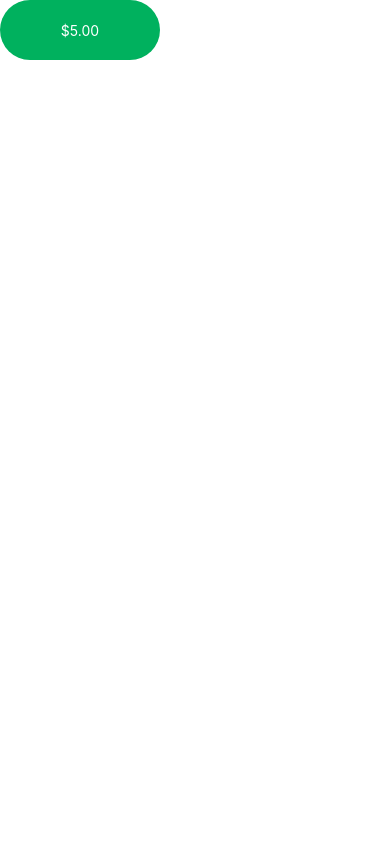
Repository: CodeBunny786/React-Native-Reveal-Animation
Screen: /
The author's editor kept a copy of each file at every save. The screen is drawn from the files as they stood at one save, then again after a run of saves.
The app was drawn by React Native's web renderer in a window 390 px wide. The project was rebuilt for these pictures with package versions that can differ from the ones it lists, and the page was loaded fresh each time.

Above is the screen before, as saved 2019-10-28 11:50:14.

After the next 2 saves:
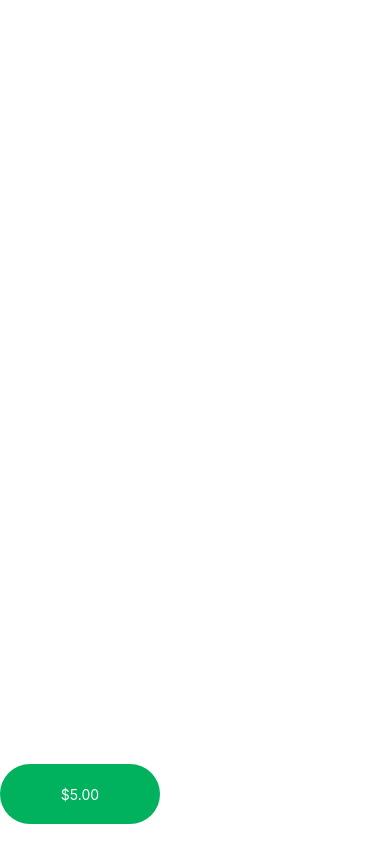
The 2 saves are shown as one change because they came seconds apart.
The last was saved 10 s later.
--- a/App.js
+++ b/App.js
@@ -74,8 +74,8 @@ const styles = StyleSheet.create({
     shadowOffset: { x: 2, y: 0 },
     shadowRadius: 2,
     borderRadius: 30,
-    // position: "absolute",
-    // bottom: 20,
+    position: "absolute",
+    bottom: 20,
     // right: 20,
   },
   other: {
